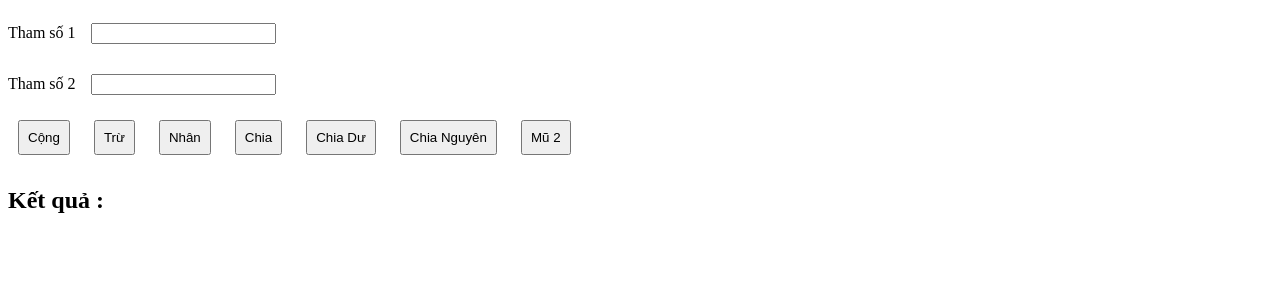
Repository: Toni3498/JsCourse
Page: number/calc.html
The author's editor kept a copy of each file at every save. The page is drawn from the files as they stood at one save, then again after the next save.
The browser window is 1280 px wide. The pictures show the whole page.
The pointer rests on the first visible `.optionCalc button`.

Above is the page before, as saved 2021-08-17 19:45:29.

### number/calc.html
<!DOCTYPE html>
<html lang="en">
  <head>
    <meta charset="UTF-8" />
    <meta http-equiv="X-UA-Compatible" content="IE=edge" />
    <meta name="viewport" content="width=device-width, initial-scale=1.0" />
    <title>JS-Exercises</title>
    <link href="style.css" rel="stylesheet" />
  </head>

  <body>
    <div class="input">
      <label for="ts1">Tham số 1</label><input type="number" id="ts1" /><br />
      <label for="ts2">Tham số 2</label><input type="number" id="ts2" />
    </div>
    <div class="optionCalc">
      <button id="sum">Cộng</button>
      <button id="sub">Trừ</button>
      <button id="mul">Nhân</button>
      <button id="div">Chia</button>

      <button id="chiaDu">Chia Dư</button>
      <button id="chiaNguyen">Chia Nguyên</button>
      <button id="pow">Mũ 2</button>
    </div>
    <div class="result">
      <h2 style="display: inline-block">Kết quả :</h2>
      <h1 style="display: inline-block" id="kq"></h1>
    </div>

    <script>
      var x = document.getElementById('ts1');
      var y = document.getElementById('ts2');

      //1. Hàm cộng 2 tham số
      function sumNumber() {
        document.getElementById('kq').innerHTML = parseInt(x.value) + parseInt(y.value);
      }
      //Hàm trừ 2 tham số
      function subNumber() {
        document.getElementById('kq').innerHTML = parseInt(x.value) - parseInt(y.value);
      }
      //Hàm nhân 2 tham số
      function multiNumber() {
        document.getElementById('kq').innerHTML = parseInt(x.value) * parseInt(y.value);
      }
      // Hàm chia 2 tham số
      function divNumber() {
        document.getElementById('kq').innerHTML = parseFloat(x.value) / parseFloat(y.value);
      }
      //hàm chia dư 2 tham số
      function chiaDu() {
        document.getElementById('kq').innerHTML = parseInt(x.value) % parseInt(y.value);
      }
      // Hàm chia nguyên 2 tham số (a - a % b) / b;
      function chiaNguyen() {
        document.getElementById('kq').innerHTML =
          (parseInt(x.value) - (parseInt(x.value) % parseInt(y.value))) / parseInt(y.value);
      }
      // Hàm mũ 2 tham số
      function powNumber() {
        document.getElementById('kq').innerHTML = parseInt(x.value) ** parseInt(y.value);
      }

      // EventListener
      document.getElementById('sum').addEventListener('click', sumNumber);
      document.getElementById('sub').addEventListener('click', subNumber);
      document.getElementById('mul').addEventListener('click', multiNumber);
      document.getElementById('div').addEventListener('click', divNumber);
      document.getElementById('chiaDu').addEventListener('click', chiaDu);
      document.getElementById('chiaNguyen').addEventListener('click', chiaNguyen);
      document.getElementById('pow').addEventListener('click', powNumber);
    </script>
  </body>
</html>

### number/style.css
.input input {
  margin: 15px;
}
.optionCalc button {
  margin: 10px;
  padding: 8px;
}
.input input:hover {
  background-color: orange;
  width: 100px;
  height: 25px;
  font-size: 35px;
}

After the next save:
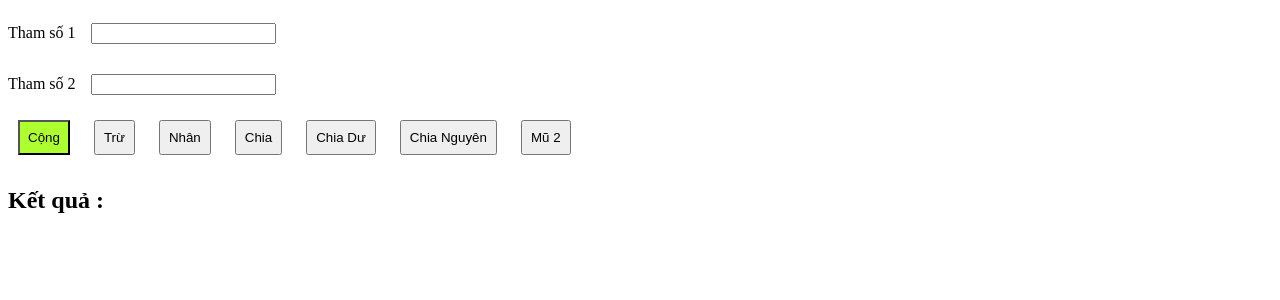
Saved 48 s later.
--- a/number/style.css
+++ b/number/style.css
@@ -11,3 +11,6 @@
   height: 25px;
   font-size: 35px;
 }
+.optionCalc button:hover {
+  background-color: greenyellow;
+}
